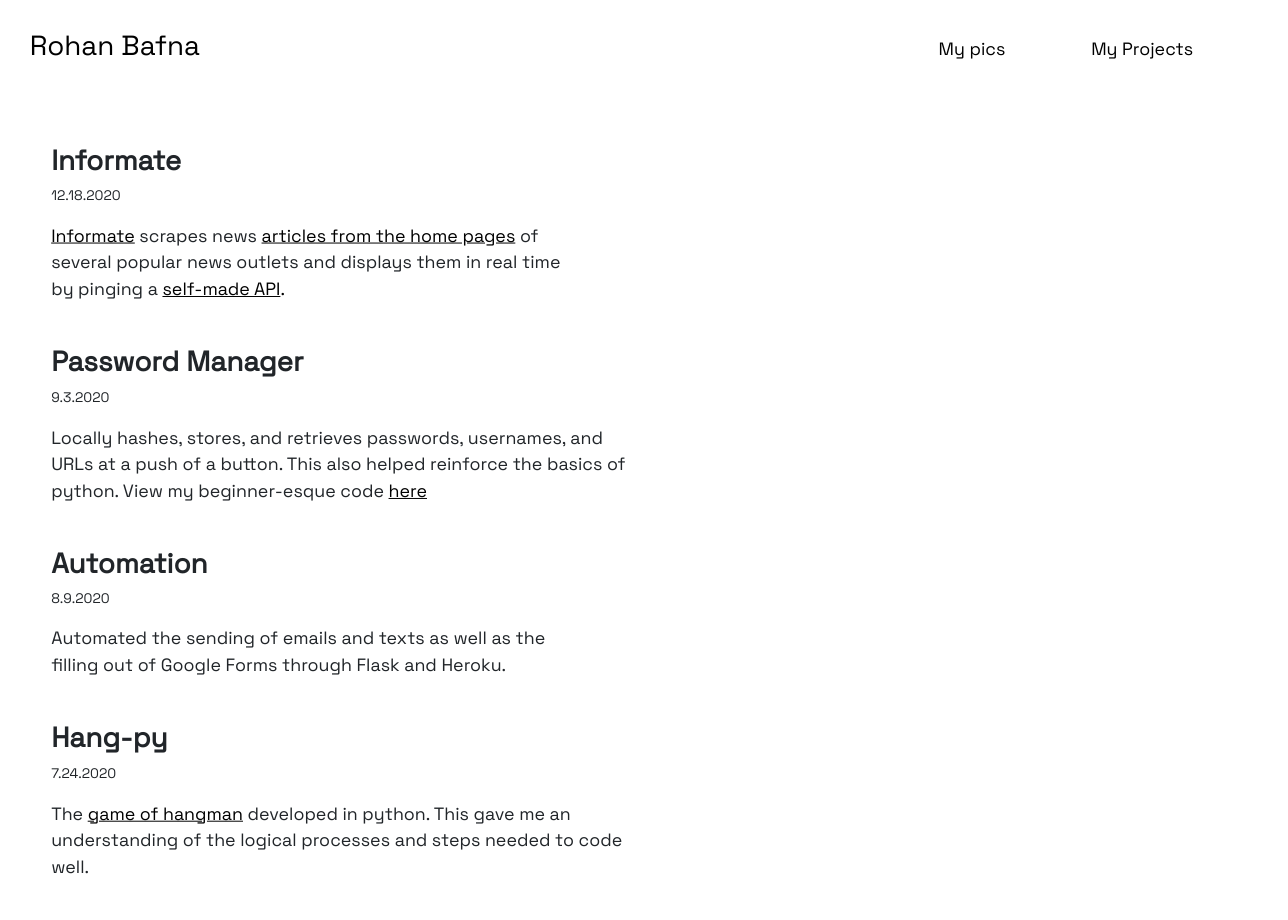
Repository: rbafna6507/rbafna6507.github.io
Page: actualprojects.html
The author's editor kept a copy of each file at every save. The page is drawn from the files as they stood at one save, then again after the next save.
The browser window is 1280 px wide. The page is 1301 px wide, so the pictures cover 1301 px, including what lies to the right of the window. The pictures show the whole page, at 99% of full size.

Above is the page before, as saved 2020-12-20 21:20:16.

### actualprojects.html
<!DOCTYPE HTML>
<html>
<head>
    <link rel="shortcut icon" type="image/png" href="circular actual atom logo.png"/>
    <title>my projects</title>
    <link href= "projects.css" type= "text/css" rel= "stylesheet">
    <link rel="preconnect" href="https://fonts.gstatic.com">
    <script src="https://cdn.jsdelivr.net/npm/bootstrap@5.0.0-beta1/dist/js/bootstrap.bundle.min.js" integrity="sha384-ygbV9kiqUc6oa4msXn9868pTtWMgiQaeYH7/t7LECLbyPA2x65Kgf80OJFdroafW" crossorigin="anonymous"></script>
    <link href="https://cdn.jsdelivr.net/npm/bootstrap@5.0.0-beta1/dist/css/bootstrap.min.css" rel="stylesheet" integrity="sha384-giJF6kkoqNQ00vy+HMDP7azOuL0xtbfIcaT9wjKHr8RbDVddVHyTfAAsrekwKmP1" crossorigin="anonymous">
<link href="https://fonts.googleapis.com/css2?family=Space+Grotesk:wght@300;400&display=swap" rel="stylesheet">
</head>
<body>
    <div id= "navbar">
        <header class= "header">
            <div id="hi">
              <a href= "index.html"><h3>Rohan Bafna</h3></a>
            </div>
            <div class= "leftsidelist">
                <ul>
                    <a href= "pics.html"><li class= "about">My pics</li></a>
                    <a href= "actualprojects.html"><li class= "projects">My Projects</li></a>
                </ul>
            </div>
        </header>
    </div>
    <div class="row justify-content-around">
        <div class="col-4">
            <div id = "informate" class = "small" onmouseover="document.getElementById('informate_img').style.visibility = 'visible';" onmouseout = "document.getElementById('informate_img').style.visibility = 'hidden';">
                <h3><strong>Informate</strong></h3>
                <p>12.18.2020</p>
                <p style="font-size: 18px;"><a href = "https://newsaggregator-frontend.vercel.app"><u>Informate</u></a> scrapes news <a href = "https://github.com/rbafna6507/newsaggregator_scraper"><u>articles from the home pages</u></a> of <br>several popular news outlets and displays them in real time <br>by pinging a <a href = "https://github.com/rbafna6507/newsaggregator_backend"><u>self-made API</u>.</a></p>
            </div>
            <br><br>
            <div id = "password" class = "small" onmouseover="document.getElementById('password_img').style.visibility = 'visible';" onmouseout = "document.getElementById('password_img').style.visibility = 'hidden';">
                <h3><strong>Password Manager</strong></h3>
                <p>9.3.2020</p>
                <p style="font-size: 18px;">Locally hashes, stores, and retrieves passwords, usernames, and <br>URLs at a push of a button. This also helped reinforce the basics of<br>python. View my beginner-esque code <a href = "https://github.com/rbafna6507/passwordstorageproject"><u>here</u></a></p>
            </div>
            <br><br>
            <div id = "automation" class = "small">
                <h3><strong>Automation</strong></h3>
                <p>8.9.2020</p>
                <p style="font-size: 18px;">Automated the sending of emails and texts as well as the <br>filling out of Google Forms through Flask and Heroku.</p>
            </div>
            <br><br>
            <div id = "hangman" class = "small" onmouseover="document.getElementById('hangman_img').style.visibility = 'visible';" onmouseout = "document.getElementById('hangman_img').style.visibility = 'hidden';">
                <h3><strong>Hang-py</strong></h3>
                <p>7.24.2020</p>
                <p style="font-size: 18px;">The <a href = "https://github.com/rbafna6507/hangmanpython"><u>game of hangman</u></a> developed in python. This gave me an <br>understanding of the logical processes and steps needed to code <br>well.</p>
            </div>
            <br><br>
        </div>
        <div class="col-4">
            <img id = "informate_img" class = "imgs" src = "informate_pic.png">
            <img id = "hangman_img" class = "imgs" src = "hangman_pic.png">
            <img id = "password_img" class = "imgs" src = "password_pic.png">
        </div>
      </div>
</body>
</html>

### projects.css
* {box-sizing:border-box}

* {font-family: 'Space Grotesk', sans-serif;}

body{
  max-height:1000px;
  max-width:1400px
}

div{
  display: inline-block;
}

li{
  display: inline;
  list-style-type: none;
  text-align: left;
  padding-left: 30px;
  font-size: 18px;
  font-weight: 36px;
  width: 150px;
  display: inline-block;
  position: relative;
}

ul{
  display: inline;
  padding: 0;
  text-align: center;
  position: relative;
}

.header {
  font-family: 'Space Grotesk', sans-serif;
  position: relative;
  left: 10px;
  top: 30px;
}

.leftsidelist {
  position: relative;
  margin-left: 680px;
}

#logo {
    display: inline-block;
    width: 40px;
    height: 40px;
    position: relative;
    top: 70px;
    bottom: 400px;
  }

  h3 {
    display: flex;
    align-items: center;
    justify-content: space-between;
}
  #navbar {
    position: relative;
    left: 20px;
  }

  a:link {
    text-decoration: none;
    color: black;
  }

  a:visited {
    text-decoration: none;
    color: black;
  }

  a:hover {
    color: #ce321e!important;
  }

  a:active {
    color: #ce321e!important;
  }

  .col-4 {
    position: relative;
    margin-right:200px;
    top: 100px;
  }

  img{
    width: 620px;
    height: 500px;
  }

  .small{
    padding-left: 3px;
    padding-top:4px;
    margin-left: 40px;
    width: 650px;
  }

  .imgs{
    margin-top: 55px;
    margin-left: 20px;
  }

  #informate_img{
    visibility: hidden;

  }

  #hangman_img{
    margin-top: -520px;
    visibility: hidden;
  }

  #password_img{
    margin-top: -520px;
    visibility: hidden;
  }

  /* body:not(.mobile) #informate:hover, #informate_img {
    visibility: visible;
  }
  body:not(.mobile) #hangman:hover, #hangman_img {
    visibility: visible;
}

  body:not(.mobile) #password:hover, #password_img {
    visibility: visible;
} */

  .small{
    background-size: 200% 200%;
    background-image:linear-gradient(to top, #f7a7a73f 50%, transparent 50%);
    -webkit-transition: background-position 300ms, color 300ms ease, border-color 300ms ease;
    -moz-transition: background-position 300ms, color 300ms ease, border-color 300ms ease;
    -ms-transition: background-position 300ms, color 300ms ease, border-color 300ms ease;
    -o-transition: background-position 300ms, color 300ms ease, border-color 300ms ease;
    transition: background-position 300ms, color 300ms ease, border-color 300ms ease;
}

  .small:hover {color: black;
background-image:
linear-gradient(to top, #f7a7a73f 51%, transparent 50%);
background-position: 0 100%;
-webkit-transition: background-position 300ms, color 300ms ease, border-color 300ms ease;
-moz-transition: background-position 300ms, color 300ms ease, border-color 300ms ease;
-ms-transition: background-position 300ms, color 300ms ease, border-color 300ms ease;
-o-transition: background-position 300ms, color 300ms ease, border-color 300ms ease;
transition: background-position 300ms, color 300ms ease, border-color 300ms ease;
}

After the next save:
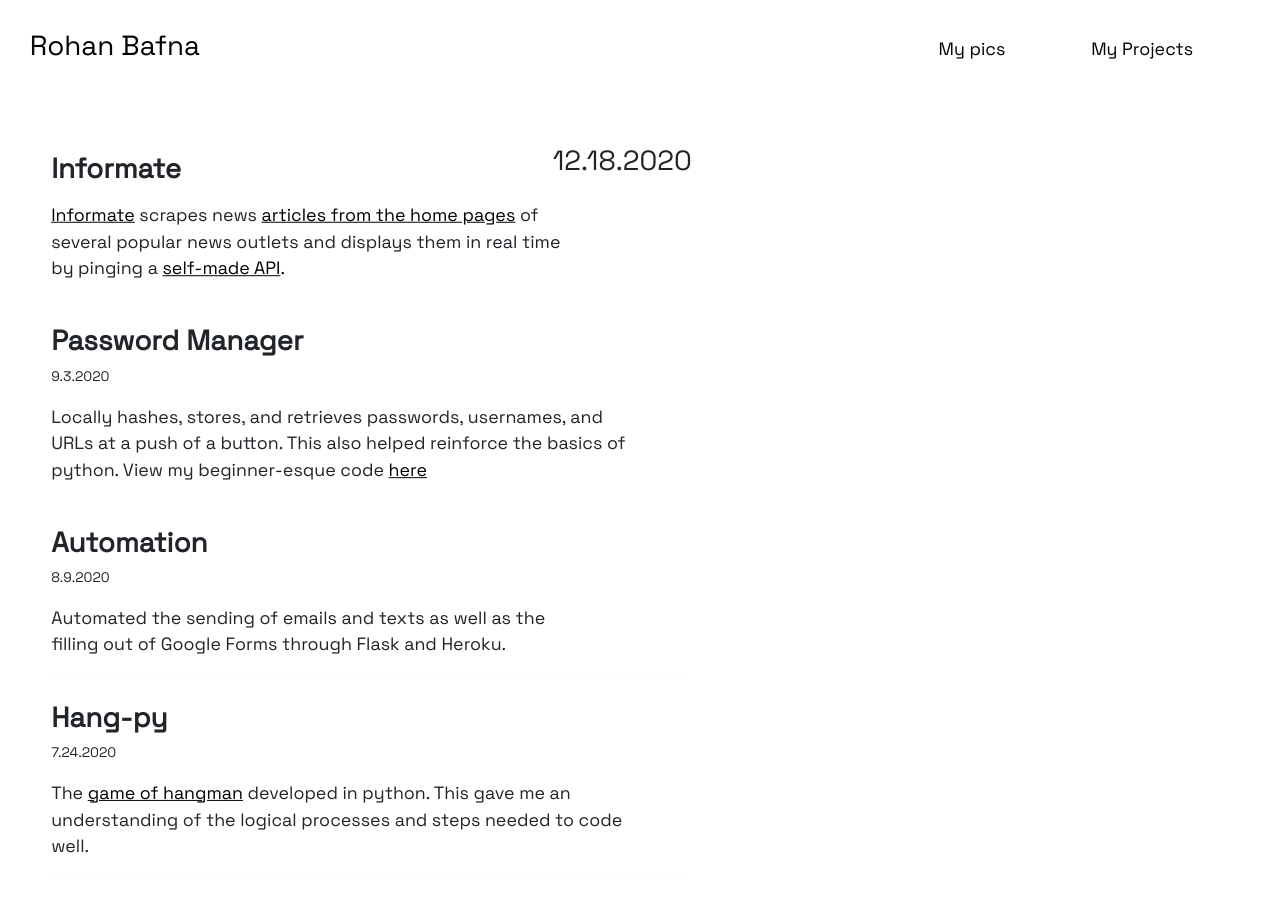
Saved 55 s later.
--- a/actualprojects.html
+++ b/actualprojects.html
@@ -26,8 +26,7 @@
     <div class="row justify-content-around">
         <div class="col-4">
             <div id = "informate" class = "small" onmouseover="document.getElementById('informate_img').style.visibility = 'visible';" onmouseout = "document.getElementById('informate_img').style.visibility = 'hidden';">
-                <h3><strong>Informate</strong></h3>
-                <p>12.18.2020</p>
+                <h3><strong>Informate</strong><p>12.18.2020</p></h3>
                 <p style="font-size: 18px;"><a href = "https://newsaggregator-frontend.vercel.app"><u>Informate</u></a> scrapes news <a href = "https://github.com/rbafna6507/newsaggregator_scraper"><u>articles from the home pages</u></a> of <br>several popular news outlets and displays them in real time <br>by pinging a <a href = "https://github.com/rbafna6507/newsaggregator_backend"><u>self-made API</u>.</a></p>
             </div>
             <br><br>
